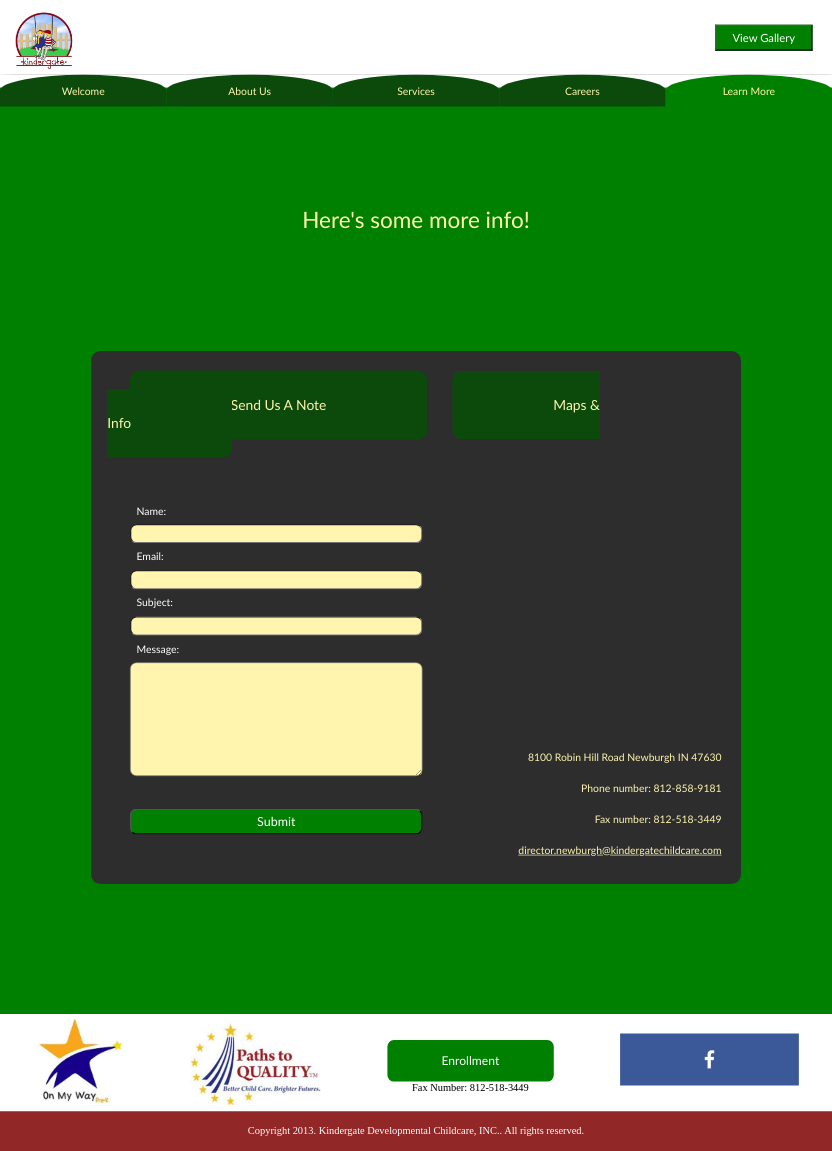
Repository: Parkerboling1/Kindergate-Final-Copy-copy
Page: learn-more.html
The author's editor kept a copy of each file at every save. The page is drawn from the files as they stood at one save, then again after the next save.
The browser window is 1280 px wide. The pictures show the whole page, at 65% of full size.
Pictures or frames that could not be fetched are drawn as grey boxes. Some web libraries are served in a nearby version.

Above is the page before, as saved 2024-06-04 12:27:33.

### learn-more.html
<!DOCTYPE html>
<html lang="en">
  <head>
    <meta charset="UTF-8" />
    <meta http-equiv="X-UA-Compatible" content="IE=edge" />
    <meta name="viewport" content="width=device-width, initial-scale=1.0" />
    <meta name="color-scheme" content="light">
    <meta property="og:title" content="Learn More">
    <meta property="og:description" content="Learn more about the services we offer and what we can do for your family!">
    <meta property="og:image" content="https://nebula.wsimg.com/b7ff144ccc30aa0f75b0f68574fc180a?AccessKeyId=070E06FBEECABFE2C97D&disposition=0&alloworigin=1">
    <meta property="og:url" content="https://www.parkerswebproductions.com">
    <meta name="color-scheme" content="light">
    <title>Kindergate Childcare</title>
    <link rel="stylesheet" href="styles/learnstyles.css" />
    <link rel="icon" type="image/x-icon" href="./assets/Logo.ico">
    <style>
      :root {
        color-scheme: light;
      }

      @media (prefers-color-scheme: dark) {
        :root {
          color-scheme: light;
        }
      }
    </style>
    <link
      rel="stylesheet"
      href="https://cdnjs.cloudflare.com/ajax/libs/font-awesome/4.7.0/css/font-awesome.min.css"
    />
  </head>
  <body>
    <div class="headercontent">
      <a href="index.html" class="headerlink">
        <img
          src="/assets/Logo.jpeg"
          alt="Kindergate Logo"
          class="headerimage"
        />
      </a>

      <a href="/Gallery.html" class="headerviewlink hide-for-mobile">
        <button class="viewgallery btn">View Gallery</button>
      </a>
      <div class="menutoggle hide-for-desktop">
        <!-- Use any element to open/show the overlay navigation menu -->
        <div class="mobilemenucontainer hide-for-desktop">
          <div class="mobilemenu hide-for-desktop">
            <input type="checkbox" class="menuinput" name="checkboxlistener" />
            <div class="bar1"></div>
            <div class="bar2"></div>
            <div class="bar3"></div>

            <div id="myNav" class="overlay">
              <!-- Overlay content -->
              <div class="overlay-content">
                <a href="/index.html" class="mobilemenubuttoncontainer">
                  <button class="navigationbuttons">Home</button>
                </a>
                <a href="/about-us.html" class="mobilemenubuttoncontainer">
                  <button class="navigationbuttons">About</button>
                </a>
                <a href="/services.html" class="mobilemenubuttoncontainer">
                  <button class="navigationbuttons">Services</button>
                </a>
                <a
                  href="/employment-opportunities.html"
                  class="mobilemenubuttoncontainer"
                >
                  <button class="navigationbuttons">Careers</button>
                </a>
                <a href="/learn-more.html" class="mobilemenubuttoncontainer">
                  <button class="navigationbuttons">Learn More</button>
                </a>
                <a href="/Gallery.html" class="mobilemenubuttoncontainer">
                  <button class="navigationbuttons">See Gallery!</button>
                </a>
              </div>
            </div>
          </div>
        </div>
      </div>
      <div class="tablinkscontainer hide-for-mobile">
        <div class="tablinks">
          <a href="/index.html" class="tablinkbuttoncontainer">
            <button class="topnavbutton button1">Welcome</button>
          </a>
          <a href="/about-us.html" class="tablinkbuttoncontainer">
            <button class="topnavbutton button2">About Us</button>
          </a>
          <a href="/services.html" class="tablinkbuttoncontainer">
            <button class="topnavbutton button3">Services</button>
          </a>
          <a
            href="/employment-opportunities.html"
            class="tablinkbuttoncontainer"
          >
            <button class="topnavbutton button4">Careers</button>
          </a>
          <a href="/learn-more.html" class="tablinkbuttoncontainer">
            <button class="topnavbutton button5">Learn More</button>
          </a>
        </div>
      </div>
    </div>
    <div class="background hide-for-mobile">
      <div class="desktoplearnmorecontainer">
        <div class="desktoplearnmoreheader">Here's some more info!</div>
        <div class="desktoplearnmorebulletin bounce">
          <div class="desktoplmbhc">
            <div class="desktoplearnmorebulletinheader">Send Us A Note</div>
            <div class="desktoplearnmorebulletinheader">Maps & Info</div>
          </div>
          <div class="desktoplmbc">
            <div class="desktoplmc1">
              <div class="desktoplminputs">
                <form
                  action="/contactform.php"
                  method="POST"
                  class="learnmoreform"
                >
                  <div class="desktoplminputpos">
                    <label class="lmlabels"> Name: </label>
                    <input name="name" type="text" class="lminputs desktop" />
                  </div>
                  <div class="desktoplminputpos">
                    <label class="lmlabels"> Email: </label>
                    <input name="mail" type="text" class="lminputs desktop" />
                  </div>
                  <div class="desktoplminputpos">
                    <label class="lmlabels"> Subject: </label>
                    <input
                      name="subject"
                      type="text"
                      class="lminputs desktop"
                    />
                  </div>
                  <div class="desktoplminputpos">
                    <label class="lmlabels"> Message: </label>
                    <textarea
                      name="message"
                      class="lminputs messageinput"
                    ></textarea>
                  </div>
                  <div class="desktoplminputpos">
                    <input
                      name="submit"
                      type="submit"
                      class="lminputs submitinput"
                    />
                  </div>
                </form>
              </div>
            </div>
            <div class="desktoplmc2">
              <iframe
                src="https://www.google.com/maps/embed?pb=!1m18!1m12!1m3!1d100703.10600285827!2d-87.61784313927117!3d37.93108310793016!2m3!1f0!2f0!3f0!3m2!1i1024!2i768!4f13.1!3m3!1m2!1s0x886e2d46287337b9%3A0x9153da594514816a!2sKindergate%20Developmental%20Center!5e0!3m2!1sen!2sus!4v1646288946875!5m2!1sen!2sus"
                width="400"
                height="300"
                style="border: 0; margin-top: 40px"
                allowfullscreen=""
                loading="lazy"
              ></iframe>
              <br />
              <p>
                8100 Robin Hill Road Newburgh IN 47630
                <br />

                Phone number: 812-858-9181
                <br />
                Fax number: 812-518-3449
                <br />
                <a
                  href="mailto:director.newburgh@kindergatechildcare.com"
                  target="_blank"
                  >director.newburgh@kindergatechildcare.com</a
                >
              </p>
            </div>
          </div>
        </div>
      </div>

      <div class="footer">
        <div class="wholefootercontainer">
          <div class="onmyway">
            <img
              src="assets/onmyway.jpg"
              alt="On My Way Pre-k"
              class="onmywayimage"
            />
          </div>
          <div class="pathstoquality">
            <img
              src="assets/pathstoquality.jpg"
              alt="Paths To Quality"
              class="pathsimage"
            />
          </div>
          <div class="enrollmentfax">
            <a href="/learn-more.html" class="enrollmentbutton">Enrollment</a>
            <div class="faxingnumber">Fax Number: 812-518-3449</div>
          </div>
          <div class="socialmediaicons">
            <div class="desktopfacebook">
              <a
                href="https://www.facebook.com/groups/480383766662011"
                class="fa fa-facebook"
              ></a>
            </div>
          </div>
        </div>
      </div>
      <div class="copyright">
        Copyright 2013. Kindergate Developmental Childcare, INC.. All rights
        reserved.
      </div>
    </div>
    <div class="mobilebackground hide-for-desktop">

        <div class="mobilelearnmoreheader">
            Here's some more info!
        </div>
        <div class="mobilelearnmorebulletin bounce">
           <div class="mobilelearnmorebulletinheader1">Send Us A Note</div>
           <form action="/contactform.php" method="POST" class="learnmoreform">
               <div class="mobilelminputpos">
                   <label class="lmlabels">
                       Name:
                       </label>
                       <input name="name"type="text" class="mobilelminputs mobile">
               </div>
               <div class="mobilelminputpos">
                   <label class="lmlabels">
                       Email:
                       </label>
                       <input  name="mail" type="text" class="mobilelminputs mobile">
               </div>
               <div class="mobilelminputpos">
                   <label  class="lmlabels">
                      Subject:
                       </label>
                       <input name="subject"type="text" class="mobilelminputs mobile">
               </div>
               <div class="mobilelminputpos">
                   <label class="lmlabels">
                       Message:
                       </label>
                       <textarea name="message" class="mobilelminputs mobilemessageinput"></textarea>
               </div>
               <div class="mobilelminputpos">

                       <input name="submit"type="submit" class="mobilelminputs submitinput">
               </div>
           </form>
           <div class="mobilelearnmorebulletinheader2">Maps & Info</div>
           <iframe class="mobileiframe" src="https://www.google.com/maps/embed?pb=!1m18!1m12!1m3!1d100703.10600285827!2d-87.61784313927117!3d37.93108310793016!2m3!1f0!2f0!3f0!3m2!1i1024!2i768!4f13.1!3m3!1m2!1s0x886e2d46287337b9%3A0x9153da594514816a!2sKindergate%20Developmental%20Center!5e0!3m2!1sen!2sus!4v1646288946875!5m2!1sen!2sus" width="100%" height="300" style="border:0;margin:0 auto;" allowfullscreen="" loading="lazy"></iframe>
           <div class="lmmc">
               <p>
                   8100 Robin Hill Road Newburgh IN 47630
                   <br>
                   Phone number: 812-858-9181
                   <br>
                   Fax number: 812-518-3449
                   <br>
                   <a class="mailtolink" href="mailto:director.newburgh@kindergatechildcare.com" target="_blank">director.newburgh@kindergatechildcare.com</a>
               </p>
           </div>
        </div>

        <div class="mobilefooter hide-for-desktop">
            <div class="mobilewholefootercontainer">
                <div class="mobileonmyway">
                    <img src="assets/onmyway.jpg" alt="On My Way Pre-k" class="mobileonmywayimage">
                </div>
                <div class="mobilepathstoquality">
                    <img src="assets/pathstoquality.jpg" alt="Paths To Quality" class="mobilepathsimage">
                </div>
                <div class="mobileenrollmentfax">
                       <a href="/learn-more.html" class="mobileenrollmentbutton">Enrollment</a>
                     <div class="mobilefaxingnumber">Fax Number: 812-518-3449</div>
                </div>
                <div class="mobilesocialmediaicons">
                 <a href="https://www.facebook.com/groups/480383766662011/about" class="fa fa-facebook"></a>
                </div>


            </div>
         </div>
         <div class="copyright">
            Copyright 2013. Kindergate Developmental Childcare, INC.. All rights
            reserved.
          </div>

    </div>

    <script src="/scripts/learn.js">



    </script>
  </body>
</html>

Loaded but not shown: scripts/learn.js (53 lines, source omitted); styles/learnstyles.css (657 lines, source omitted)

After the next save:
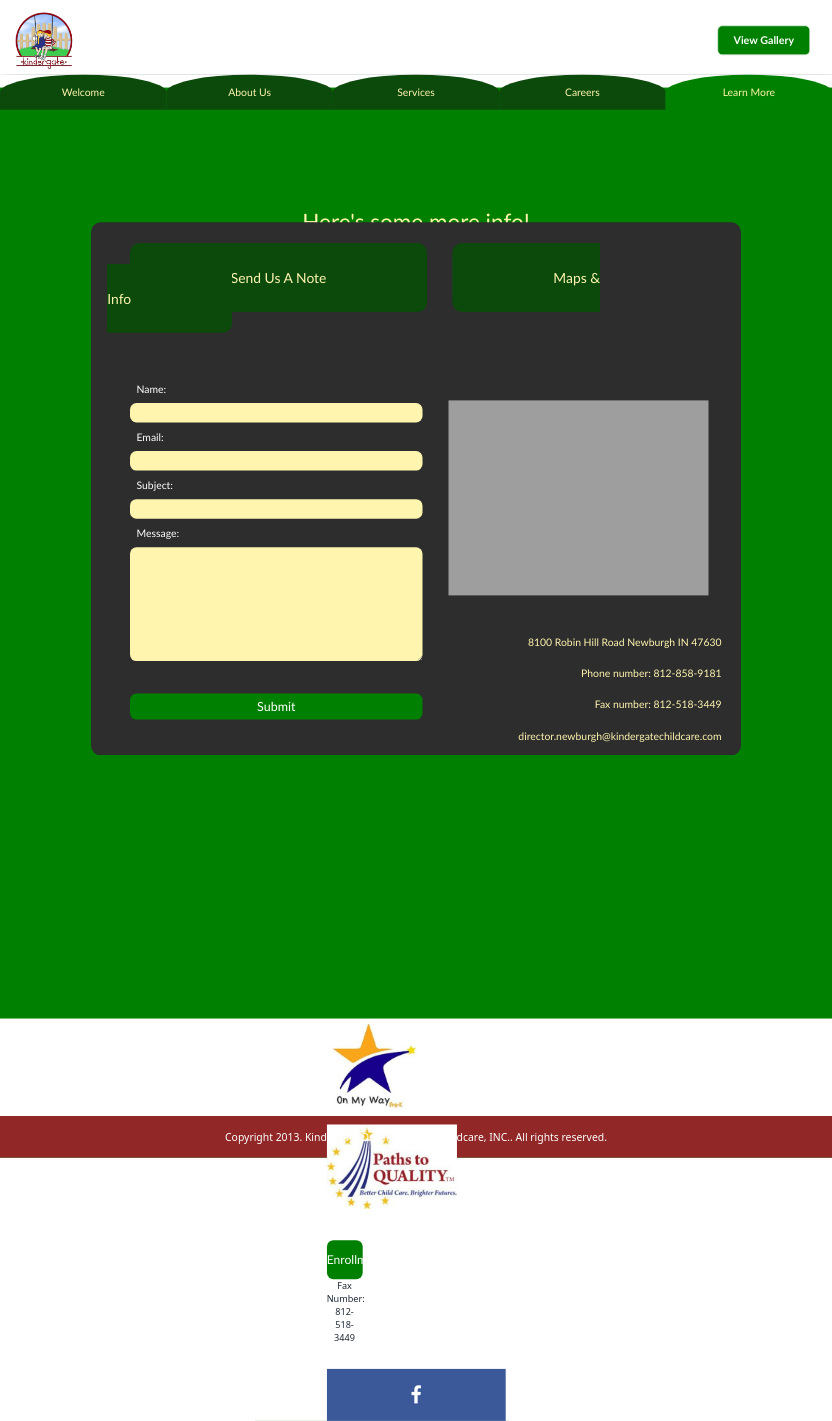
Saved 13 s later.
--- a/learn-more.html
+++ b/learn-more.html
@@ -13,6 +13,8 @@
     <title>Kindergate Childcare</title>
     <link rel="stylesheet" href="styles/learnstyles.css" />
     <link rel="icon" type="image/x-icon" href="./assets/Logo.ico">
+    <link href="https://cdn.jsdelivr.net/npm/daisyui@4.11.1/dist/full.min.css" rel="stylesheet" type="text/css" />
+    <script src="https://cdn.tailwindcss.com"></script>
     <style>
       :root {
         color-scheme: light;
